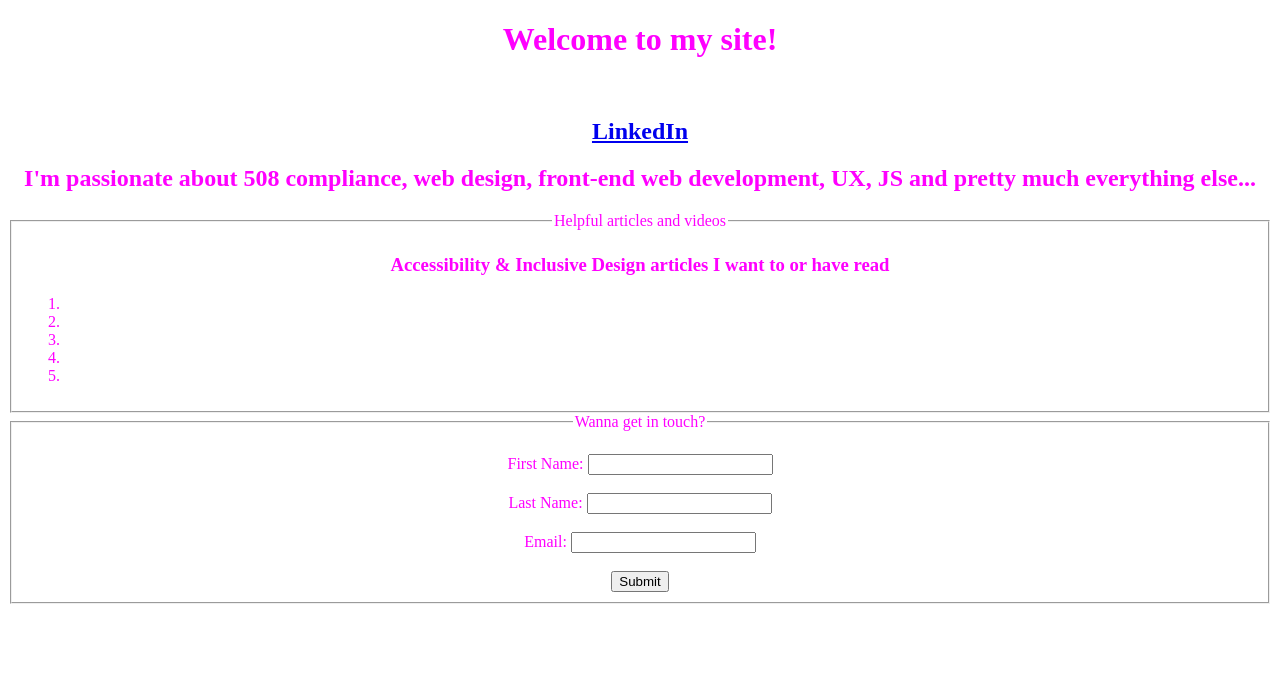
Repository: jasvr/jasvr.io
Page: index.html
The author's editor kept a copy of each file at every save. The page is drawn from the files as they stood at one save, then again after the next save.
The browser window is 1280 px wide. The pictures show the whole page.

Above is the page before, as saved 2020-01-10 15:01:18.

### index.html
<!DOCTYPE html>
<html lang="en">
<head>
    <meta charset="UTF-8">
    <meta name="viewport" content="width=device-width, initial-scale=1.0">
    <meta http-equiv="X-UA-Compatible" content="ie=edge">
    <title>Jasmin Vargas</title>
    <link href="style.css" type="text/css" rel="stylesheet">
</head>
<body>
    <h1>Welcome to my site!</h1>
    <br>
    <h2><a href="https://www.linkedin.com/in/jasvrgs/">LinkedIn</a></h2>
    <h2>I'm passionate about 508 compliance, web design, front-end web development, UX, JS and pretty much everything else...</h2>

    <fieldset>
        <legend>Helpful articles and videos</legend>
             <h3>Accessibility & Inclusive Design articles I want to or have read</h3>
             <ol>
                 <li></li>
                 <li></li>
                 <li></li>
                 <li></li>
                 <li></li>
             </ol>
    </fieldset>


    <fieldset>
        <legend>Wanna get in touch?</legend>
        <div>
            <br>
            <label for ="firstname">First Name: </label>
            <input type="text" name="firstname"/>
        </div>
        <div>
            <br>
            <label for ="lastname">Last Name: </label>
            <input type="text" name="lastname"/>
        </div>
        <div>
            <br>
            <label for ="email">Email: </label>
            <input type="text" name="email"/>

        </div>
        <div>
            <br>
            <input type="submit" value="Submit">
        </div>
    </fieldset>
</body>
</html>

### style.css
body{
    color:magenta;
    text-align:center;
    }

    *:focus{
        outline: 0;
        box-shadow: 0 0 10px #eb0486;
        border-color: #eb0486;
    }

    a:focus{
        color: #eb0486;
        font-weight: bold;
    }

    .button:focus{
        background-color: #eb0486;

    }

After the next save:
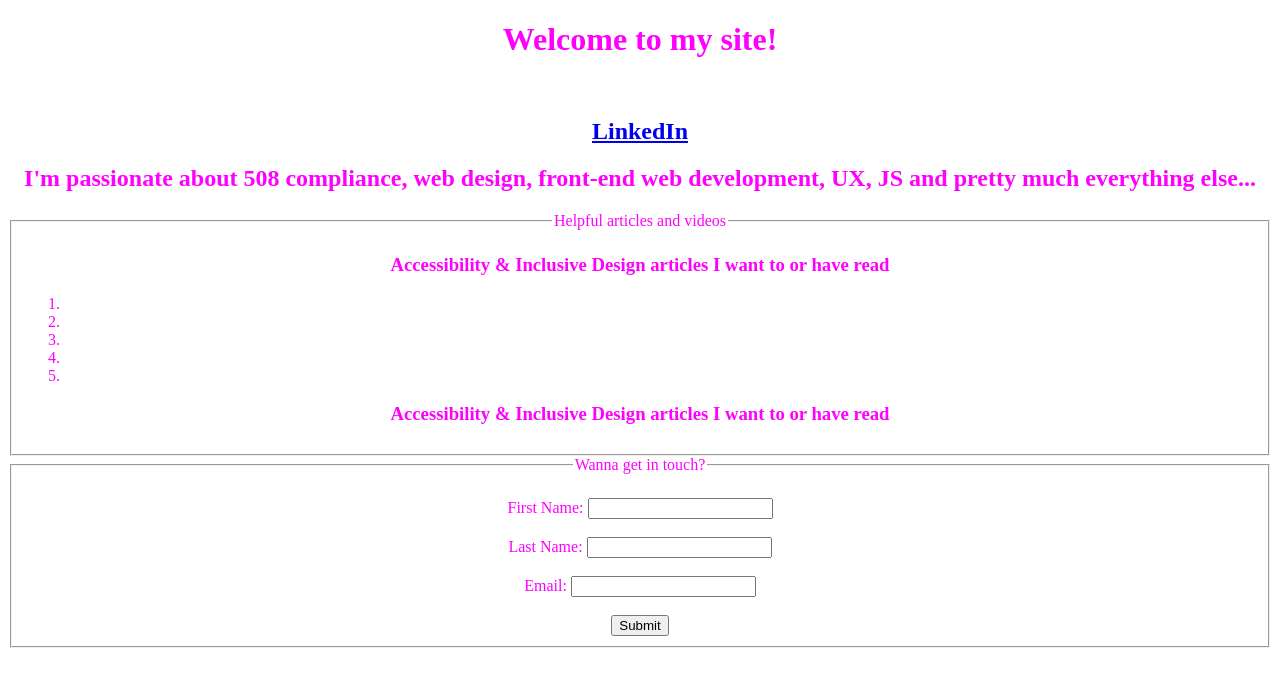
Saved 6 s later.
--- a/index.html
+++ b/index.html
@@ -23,6 +23,8 @@
                  <li></li>
                  <li></li>
              </ol>
+             <h3>Accessibility & Inclusive Design articles I want to or have read</h3>
+
     </fieldset>
 
 
